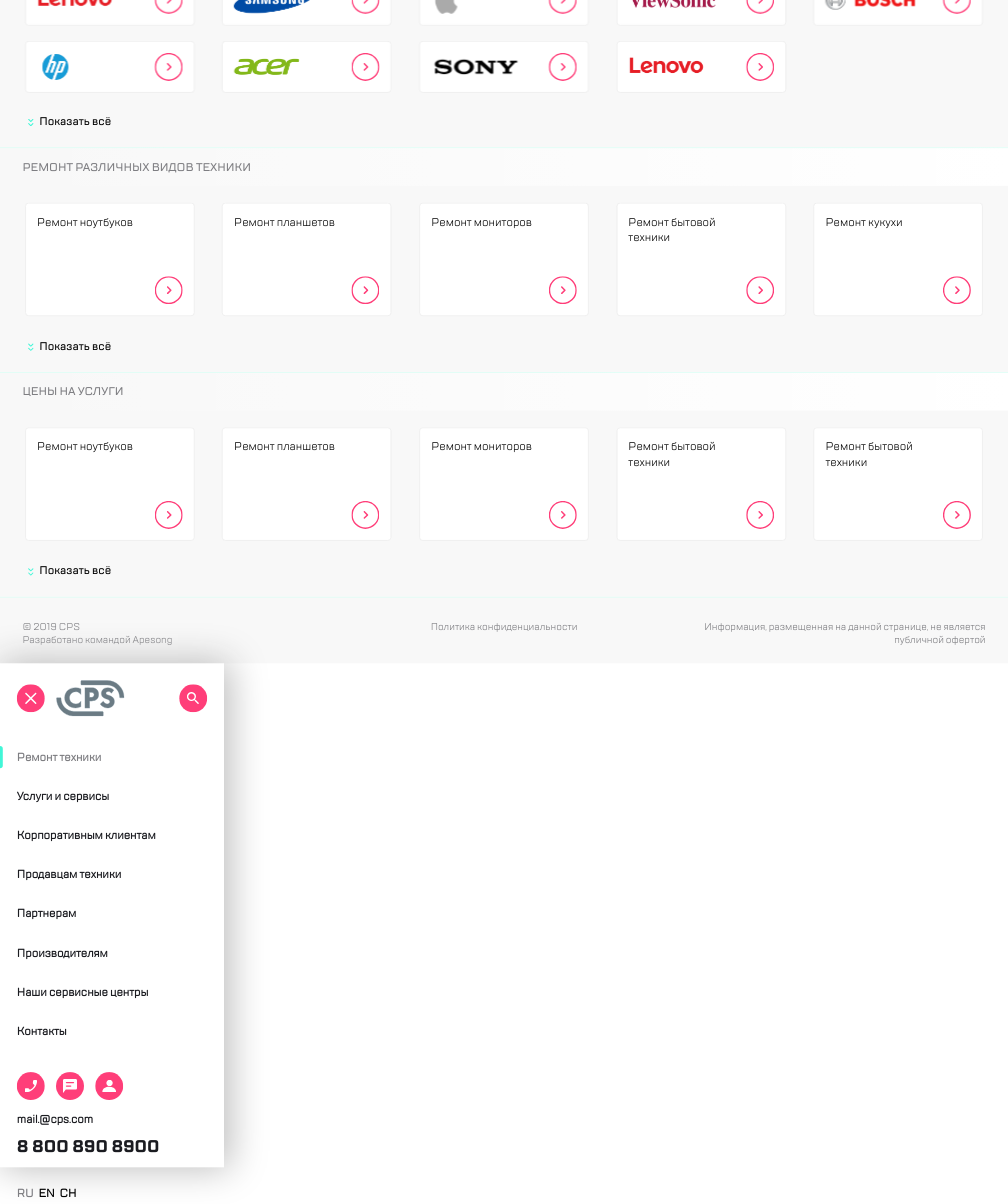
Repository: Dedoxa/WebCoreF
Page: /
The author's editor kept a copy of each file at every save. The page is drawn from the files as they stood at one save, then again after the next save.
The browser window is 1440 px wide. The pictures show the part of the page from y = 651 to 2371 px (the page is 2371 px tall before and 2355 px after), at 70% of full size.
The project was rebuilt for these pictures with package versions that can differ from the ones it lists, and the page was loaded fresh each time. Also part of the build but not shown: webpack.config.js.

Above is the page before, as saved 2024-06-15 17:19:57.

### src/index.html
<!DOCTYPE html>
<html lang="en">
  <head>
    <meta charset="UTF-8" />
    <meta
      name="viewport"
      content="width=device-width, user-scalable=no, initial-scale=1.0, maximum-scale=1.0, minimum-scale=1.0"
    />
    <meta http-equiv="X-UA-Compatible" content="ie=edge" />
    <title>WebCoreFinal</title>
  </head>
  <body>
    <header class="header">
      <div class="header__left-side">
        <a id="burger" href="#" class="icon header__icon"></a>
        <a id="logo" href="#" class="icon header__icon"></a>
      </div>
      <div class="header__right-side">
        <a id="call" href="#" class="icon header__icon"></a>
        <a id="chat" href="#" class="icon header__icon"></a>
        <a id="profile" href="#" class="icon header__icon"></a>
        <a id="repair" href="#" class="icon header__icon"></a>
        <a id="checkStatus" href="#" class="icon header__icon"></a>
      </div>
    </header>
    <main>
      <section class="presentation">
        <div class="presentation__wrapper">
          <div class="presentation__title">
            <h1 class="presentation__heading">Услуги и сервисы</h1>
            <div class="presentation__right-area">
              <label class="presentation__icon-area">
                <span class="presentation__icon-text">Оставить заявку</span>
                <a id="repair" href="#" class="icon presentation__icon"></a>
              </label>
              <label class="presentation__icon-area">
                <span class="presentation__icon-text">Статус ремонта</span>
                <a id="checkStatus" href="#" class="icon presentation__icon"></a>
              </label>
            </div>
          </div>
          <div class="presentation__buttons">
            <button href="#" class="presentation__button presentation__button--focus">
              Ремонтируемые бренды
            </button>
            <button href="#" class="presentation__button">
              Дополнительные услуги
            </button>
            <button href="#" class="presentation__button">
              Ремонтируемые устройства
            </button>
            <button href="#" class="presentation__button">
              Цены на услуги
            </button>
            <button href="#" class="presentation__button">
              Адреса сервисных центров
            </button>
            <button href="#" class="presentation__button">
              Специальные цены
            </button>
            <button href="#" class="presentation__button">Отзывы</button>
            <div class="presentation__right-fade-effect"></div>
          </div>
          <div class="presentation__container">
            <div class="presentation__description">
              <p class="presentation__text">
                Мы являемся авторизованным сервисным центром по ремонту техники
                Dell. Только у нас вы можете отремонтировать свой ноутбук Dell с
                официальной гарантией производителя. <br /><br />
                Мы успешно работаем с 1992 года и заслужили репутацию надежного
                партнера, что подтверждает большое количество постоянных клиентов.
                Мы гордимся тем, что к нам обращаются по рекомендациям и, в свою
                очередь, советуют нас родным и близким.
              </p>
              <span class="presentation__toggler">Читать далее</span>
            </div>
            <img src="img/CPS-img-tablet.jpg" alt="" class="presentation__image-tablet" />
            <img
              src="img/CPS-img-desktop.jpg"
              alt=""
              class="presentation__image-desktop"
            />
          </div>
        </div>
        <img src="img/CPS-img-phone.jpg" alt="" class="presentation__image-phone" />
      </section>
      <section class="plates">
        <header class="plates__heading">
            <div class="plates__wrapper plates__wrapper-heading">
                <span>Ремонт техники различных брендов</span>
            </div>
        </header>
        <div class="plates__content-area">
            <div class="plates__wrapper">
                <div class="plates__swiper-container">
                    <div class="swiper plates__swiper">
                        <div id="plate-options" class="swiper-wrapper plates__brands-wrapper">
                            <div class="swiper-slide plates__slide">
                                <div class="plates__brand-plate">
                                    <img src="../img/logo-lenovo.png"  width="108" height="32"  class="plates__logo"></img>
                                    <img class="plates__dropdown"></img>
                                </div>
                            </div>
                            <div class="swiper-slide plates__slide">
                                <div class="plates__brand-plate">
                                    <img src="../img/logo-samsung.png" width="116" height="38.52" class="plates__logo"></img>
                                    <img class="plates__dropdown"></img>
                                </div>
                            </div>
                            <div class="swiper-slide plates__slide">
                                <div class="plates__brand-plate">
                                    <img src="../img/logo-apple.png" width="44" height="44" class="plates__logo"></img>
                                    <img class="plates__dropdown"></img>
                                </div>
                            </div>
                            <div class="swiper-slide plates__slide">
                                <div class="plates__brand-plate">
                                    <img src="../img/logo-viewSonic.png" width="128" height="21" class="plates__logo"></img>
                                    <img class="plates__dropdown"></img>
                                </div>
                            </div>
                            <div class="swiper-slide plates__slide">
                                <div class="plates__brand-plate">
                                    <img src="../img/logo-bosch.png" width="128" height="28.6" class="plates__logo"></img>
                                    <img class="plates__dropdown"></img>
                                </div>
                            </div>
                            <div class="swiper-slide plates__slide">
                                <div class="plates__brand-plate">
                                    <img src="../img/logo-hp.png" width="52" height="52" class="plates__logo"></img>
                                    <img class="plates__dropdown"></img>
                                </div>
                            </div>
                            <div class="swiper-slide plates__slide">
                                <div class="plates__brand-plate">
                                    <img src="../img/logo-acer.png" width="94" height="24" class="plates__logo"></img>
                                    <img class="plates__dropdown"></img>
                                </div>
                            </div>
                            <div class="swiper-slide plates__slide">
                                <div class="plates__brand-plate">
                                    <img src="../img/logo-sony.png" width="128" height="25.6" class="plates__logo"></img>
                                    <img class="plates__dropdown"></img>
                                </div>
                            </div>
                            <div class="swiper-slide plates__slide">
                                <div class="plates__brand-plate">
                                    <img src="../img/logo-lenovo.png"  width="108" height="32"  class="plates__logo"></img>
                                    <img class="plates__dropdown"></img>
                                </div>
                            </div>
                        </div>
                        <div class="swiper-pagination"></div>
                    </div>
                </div>
            </div>
            <div class="plates__toggler-area">
                <label class="plates__wrapper plates__wrapper-toggler">
                    <span id="plates-toggler" class="plates__toggler">Показать всё</span>
                </label>
            </div>
        </div>
      </section>
      <section class="plates">
        <header class="plates__heading">
            <div class="plates__wrapper plates__wrapper-heading">
                <span>Ремонт различных видов техники</span>
            </div>
        </header>
        <div class="plates__content-area">
            <div class="plates__wrapper">
                <div class="plates__swiper-container">
                    <div class="swiper plates__swiper">
                        <div id="device-options" class="swiper-wrapper plates__devices-wrapper">
                            <div class="swiper-slide plates__slide">
                                <div class="plates__device-plate">
                                  <span class="plates__logo">Ремонт ноутбуков</span>
                                  <img class="plates__dropdown"></img>
                                </div>
                            </div>
                            <div class="swiper-slide plates__slide">
                                <div class="plates__device-plate">
                                  <span class="plates__logo">Ремонт планшетов</span>
                                  <img class="plates__dropdown"></img>
                                </div>
                            </div>
                            <div class="swiper-slide plates__slide">
                                <div class="plates__device-plate">
                                  <span class="plates__logo">Ремонт мониторов</span>
                                  <img class="plates__dropdown"></img>
                                </div>
                            </div>
                            <div class="swiper-slide plates__slide">
                                <div class="plates__device-plate">
                                  <span class="plates__logo">Ремонт бытовой техники</span>
                                  <img class="plates__dropdown"></img>
                                </div>
                            </div>
                            <div class="swiper-slide plates__slide">
                                <div class="plates__device-plate">
                                  <span class="plates__logo">Ремонт кукухи</span>
                                  <img class="plates__dropdown"></img>
                                </div>
                            </div>
                            <div class="swiper-slide plates__slide">
                                <div class="plates__device-plate">
                                  <span class="plates__logo">Ремонт шмемонт</span>
                                  <img class="plates__dropdown"></img>
                                </div>
                            </div>
                            <div class="swiper-slide plates__slide">
                                <div class="plates__device-plate">
                                  <span class="plates__logo">Ремонт бельмонт</span>
                                  <img class="plates__dropdown"></img>
                                </div>
                            </div>
                            <div class="swiper-slide plates__slide">
                                <div class="plates__device-plate">
                                  <span class="plates__logo">Ремонт взял тебя на понт</span>
                                  <img class="plates__dropdown"></img>
                                </div>
                            </div>
                            <div class="swiper-slide plates__slide">
                                <div class="plates__device-plate">
                                  <span class="plates__logo">Ремонт дорог (вечный*)</span>
                                  <img class="plates__dropdown"></img>
                                </div>
                            </div>
                        </div>
                        <div class="swiper-pagination"></div>
                    </div>
                </div>
            </div>
            <div class="plates__toggler-area">
                <label class="plates__wrapper plates__wrapper-toggler">
                    <span id="devices-toggler" class="plates__toggler">Показать всё</span>
                </label>
            </div>
        </div>
      </section>
      <section class="plates">
        <header class="plates__heading">
            <div class="plates__wrapper plates__wrapper-heading">
                <span>Цены на услуги</span>
            </div>
        </header>
        <div class="plates__content-area">
            <div class="plates__wrapper">
                <div class="plates__swiper-container">
                    <div class="swiper plates__swiper">
                        <div id="device-options" class="swiper-wrapper plates__devices-wrapper">
                            <div class="swiper-slide plates__slide">
                                <div class="plates__device-plate">
                                  <span class="plates__logo">Ремонт ноутбуков</span>
                                  <img class="plates__dropdown"></img>
                                </div>
                            </div>
                            <div class="swiper-slide plates__slide">
                                <div class="plates__device-plate">
                                  <span class="plates__logo">Ремонт планшетов</span>
                                  <img class="plates__dropdown"></img>
                                </div>
                            </div>
                            <div class="swiper-slide plates__slide">
                                <div class="plates__device-plate">
                                  <span class="plates__logo">Ремонт мониторов</span>
                                  <img class="plates__dropdown"></img>
                                </div>
                            </div>
                            <div class="swiper-slide plates__slide">
                                <div class="plates__device-plate">
                                  <span class="plates__logo">Ремонт бытовой техники</span>
                                  <img class="plates__dropdown"></img>
                                </div>
                            </div>
                            <div class="swiper-slide plates__slide">
                                <div class="plates__device-plate">
                                  <span class="plates__logo">Ремонт бытовой техники</span>
                                  <img class="plates__dropdown"></img>
                                </div>
                            </div>
                        </div>
                        <div class="swiper-pagination"></div>
                    </div>
                </div>
            </div>
            <div class="plates__toggler-area">
                <label class="plates__wrapper plates__wrapper-toggler">
                    <span id="devices-toggler" class="plates__toggler">Показать всё</span>
                </label>
            </div>
        </div>
      </section>
      <footer class="footer">
        <div class="footer__wrapper">
            <div>
              <p>© 2019 CPS<br>Разработано командой Apesong</p>
            </div>
            <div>
              <p>Политика конфиденциальности</p>
            </div>
            <div>
              <p>Информация, размещенная на данной странице, не является публичной офертой</p>
            </div>
      </footer>

      <aside class="aside-menu">
        <div class="aside-menu__wrapper">
          <div>
            <div class="aside-menu__header">
              <div class="aside-menu__subwrapper">
                <div class="aside-menu__header-left">
                  <a id="cross" href="#" class="icon aside-menu__icon"></a>
                  <a id="logo" href="#" class="icon aside-menu__icon"></a>
                </div>
                <div class="aside-menu__header-right">
                  <a id="search" href="#" class="icon aside-menu__icon"></a>
                </div>
              </div>
            </div>
            <ul class="aside-menu__links-list">
              <li class="aside-menu__link aside-menu__link--active">
                <a href="#" class=""> Ремонт техники </a>
              </li>
              <li class="aside-menu__link"><a href="#"> Услуги и сервисы </a></li>
              <li class="aside-menu__link"><a href="#"> Корпоративным клиентам </a></li>
              <li class="aside-menu__link"><a href="#"> Продавцам техники </a></li>
              <li class="aside-menu__link"><a href="#"> Партнерам </a></li>
              <li class="aside-menu__link"><a href="#"> Производителям </a></li>
              <li class="aside-menu__link"><a href="#"> Наши сервисные центры </a></li>
              <li class="aside-menu__link"><a href="#"> Контакты </a></li>
            </ul>
          </div>
          <section class="aside-menu__down-section">
            <div class="aside-menu__down-wrapper">
              <div class="aside-menu__down-icons">
                <a id="call" href="#" class="icon aside-menu__icon"></a>
                <a id="chat" href="#" class="icon aside-menu__icon"></a>
                <a id="profile" href="#" class="icon aside-menu__icon"></a>
              </div>
              <div>
                <a href="mailto:mail.@cps.com" class="aside-menu__email"><span>mail.@cps.com</span></a>
                <a href="tel:+88008908900" class="aside-menu__phone-number"><span>8 800 890 8900</span></a>
              </div>
              <div class="aside-menu__language-choice">
                <span class="aside-menu__language-option aside-menu__language-option--active">RU</span>
                <span class="aside-menu__language-option">EN</span>
                <span class="aside-menu__language-option">CH</span>
              </div>
            </div>
          </section>
        </div>
      </aside>
    </main>
  </body>
</html>

### src/scss/style.scss
@import url('./\(id\)icons.scss');
@import url('./\(import\)fonts.scss');
@import url('./\(tag\)html.scss');
@import url('./\(tag\)svg.scss');

@import url('./aside-menu.scss');
@import url('./footer.scss');
@import url('./header.scss');
@import url('./icon.scss');
@import url('./plates.scss');
@import url('./presentation.scss');

@import url('../../node_modules/swiper/swiper-bundle.css');
@import url('./swiper-castomization.scss');

@import url('./jsExpand.scss');

### src/scss/(id)icons.scss
#burger {
  background-image: url('../img/ic-burger.svg');
}

#logo {
  background-color: transparent;
  border-radius: 0;
  background-image: url('../img/ic-CPSLogo.svg');
}

#call {
  background-image: url('../img/ic-call.svg');
}

#chat {
  background-image: url('../img/ic-chat.svg');
}

#profile {
  background-image: url('../img/ic-profile.svg');
}

#repair {
  background-image: url('../img/ic-repair.svg');
}

#checkStatus {
  background-image: url('../img/ic-checkstatus.svg');
}

#cross {
  background-image: url('../img/ic-cross.svg');
}

#search {
  background-image: url('../img/ic-search.svg');
}

### src/scss/(import)fonts.scss
@font-face {
  font-family: 'TT Lakes Regular';
  src: url('../fonts/TTLakes-Regular.eot');
  src: url('../fonts/TTLakes-Regular.eot?#iefix') format('embedded-opentype'),
    url('../fonts/TTLakes-Regular.woff') format('woff'),
    url('../fonts/TTLakes-Regular.ttf') format('truetype');
  font-weight: normal;
  font-style: normal;
}

@font-face {
  font-family: 'TT Lakes Bold';
  src: url('../fonts/TTLakes-Bold.eot');
  src: url('../fonts/TTLakes-Bold.eot?#iefix') format('embedded-opentype'),
    url('../fonts/TTLakes-Bold.woff') format('woff'),
    url('../fonts/TTLakes-Bold.ttf') format('truetype');
  font-weight: normal;
  font-style: normal;
}

@font-face {
  font-family: 'TT Lakes Medium';
  src: url('../fonts/TTLakes-Medium.eot');
  src: url('../fonts/TTLakes-Medium.eot?#iefix') format('embedded-opentype'),
    url('../fonts/TTLakes-Medium.woff') format('woff'),
    url('../fonts/TTLakes-Medium.ttf') format('truetype');
  font-weight: normal;
  font-style: normal;
}

### src/scss/(tag)html.scss
html {
  box-sizing: border-box;
  font-family: 'TT Lakes Regular', Times, serif;

  * {
    box-sizing: inherit;
    margin: 0;
    padding: 0;

    &:before,
    &:after {
      box-sizing: inherit;
      margin: 0;
      padding: 0;
    }
  }
}

### src/scss/(tag)svg.scss
svg {
  position: absolute;
  top: 50%;
  left: 50%;
  transform: translate(-50%, -50%);
}

### src/scss/footer.scss
.footer {
  background-color: #f8f8f8;
  color: #7e7e82;
  font-size: 14px;

  &::before {
    content: '';
    display: block;
    height: 1px;
    background-color: #d9fff5;
  }

  .footer__wrapper {
    padding: 16px;
    width: 100%;
    display: flex;
    justify-content: space-between;
    flex-direction: column;
    gap: 16px;

    @media (min-width: 768px) {
      flex-direction: row;
      padding-top: 32px;
      padding-bottom: 24px;
      padding-right: 24px;
      padding-left: 24px;
    }

    @media (min-width: 1440px) {
      padding-right: 32px;
      padding-left: 32px;
    }
  }

  div {
    text-align: center;

    @media (min-width: 768px) {
      width: 33%;

      &:first-child {
        text-align: left;
      }

      &:nth-child(2) {
        text-align: center;
      }

      &:last-child {
        text-align: right;
      }
    }
  }
}

### src/scss/icon.scss
.icon {
  flex: 0 0 auto;
  position: relative;
  width: 40px;
  height: 40px;
  background-color: #ff3e79;
  background-repeat: no-repeat;
  background-position: center;
  border-radius: 50%;
  transition: opacity linear 0.2s;
  opacity: 100%;

  &:hover {
    transition: opacity linear 0.2s;
    opacity: 50%;
  }
}

### src/scss/swiper-castomization.scss
.swiper-pagination {
  .swiper-pagination-bullet {
    width: 12px;
    height: 12px;
    background-color: #dddddd;
  }

  .swiper-pagination-bullet-active {
    background-color: #b5b6bc;
  }
}

### src/scss/jsExpand.scss
.jsExpand {
  height: max-content !important;
}

Loaded but not shown: src/js/js.js (51 lines, source omitted); src/js/index.js (4 lines, source omitted); src/scss/presentation.scss (262 lines, source omitted); src/scss/plates.scss (205 lines, source omitted); src/scss/aside-menu.scss (163 lines, source omitted); src/scss/header.scss (87 lines, source omitted)

After the next save:
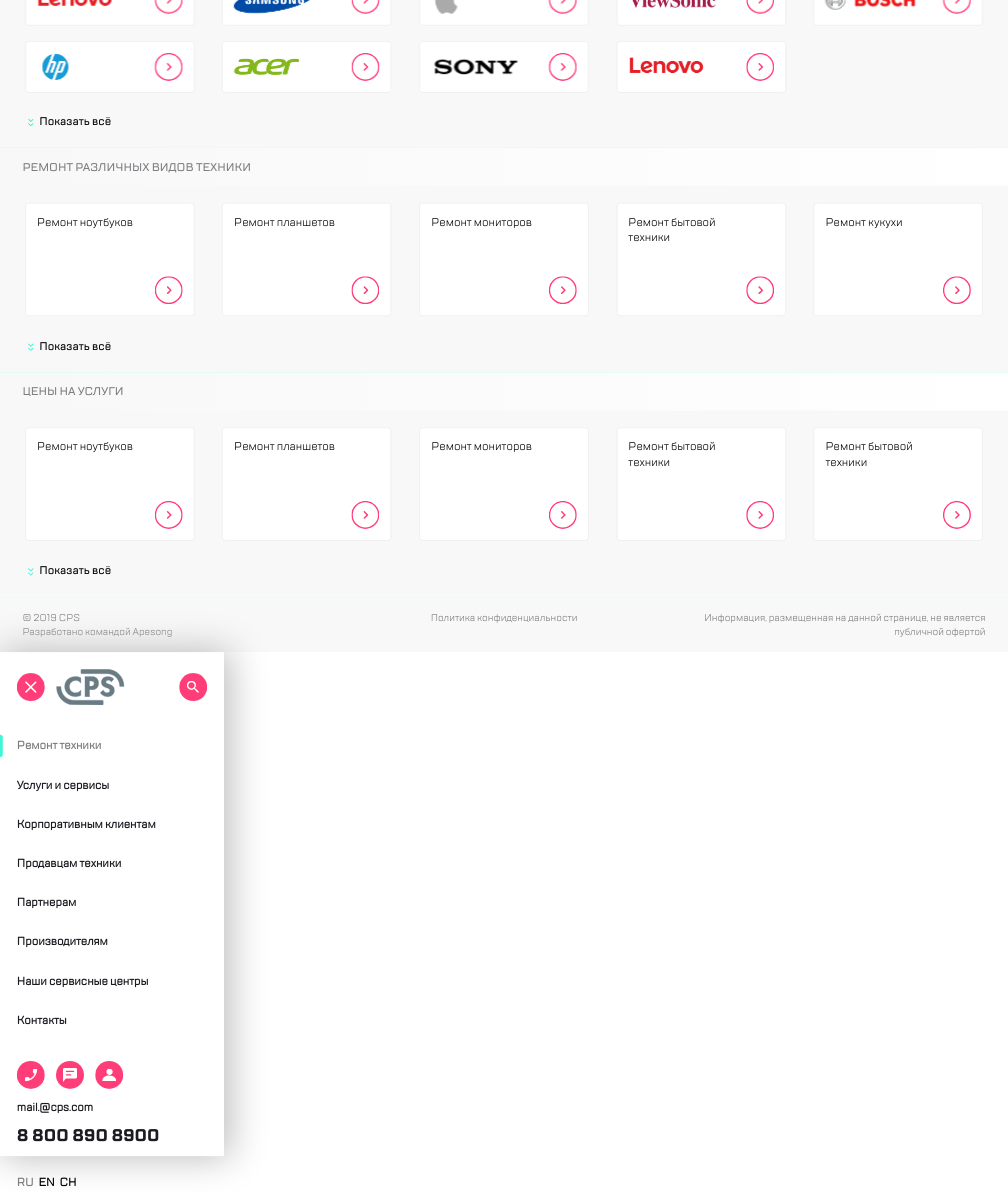
Saved 26 s later.
--- a/src/scss/footer.scss
+++ b/src/scss/footer.scss
@@ -27,6 +27,8 @@
     }
 
     @media (min-width: 1440px) {
+      padding-top: 20px;
+      padding-bottom: 20px;
       padding-right: 32px;
       padding-left: 32px;
     }
